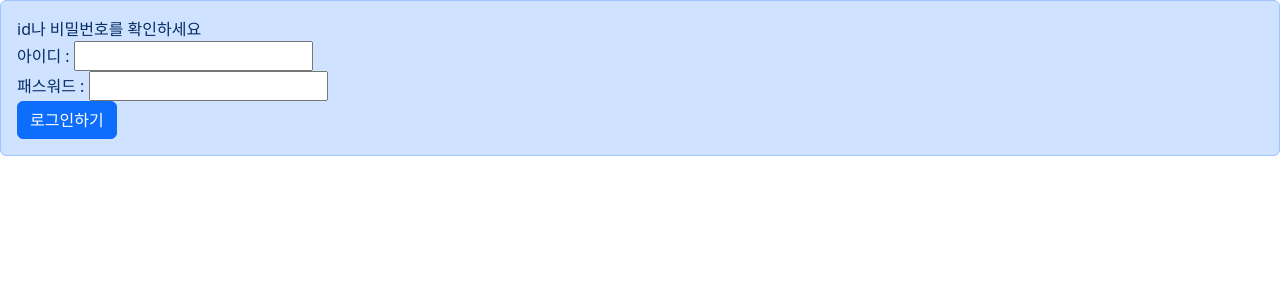
Repository: cheez0909/JSP
Page: http://localhost/1103/session/LoginProcess.jsp
These files come from the project's save history. The page is drawn as it stood at one moment and after the next save; the edit follows.
The browser window is 1280 px wide. The pictures show the whole page.
The page is served by Tomcat 9. Queries for data that is not in the repository find no rows.

Above is the page before, as saved 2023-11-08 06:00:56.

After the next save:
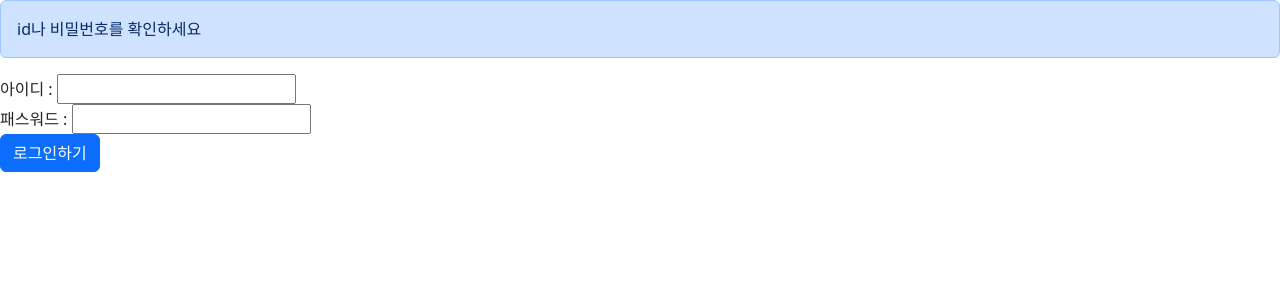
Saved 17 s later.
--- a/1103/src/main/webapp/session/loginForm.jsp
+++ b/1103/src/main/webapp/session/loginForm.jsp
@@ -13,7 +13,7 @@
 	String err = request.getParameter("err");
 
 	if("1".equals(request.getParameter("err"))){%>
-	<div class="alert alert-primary" role="alert">id나 비밀번호를 확인하세요
+	<div class="alert alert-primary" role="alert">id나 비밀번호를 확인하세요</div>
 	<%}
 	if(err!=null){
 		err = request.getParameter("err");
